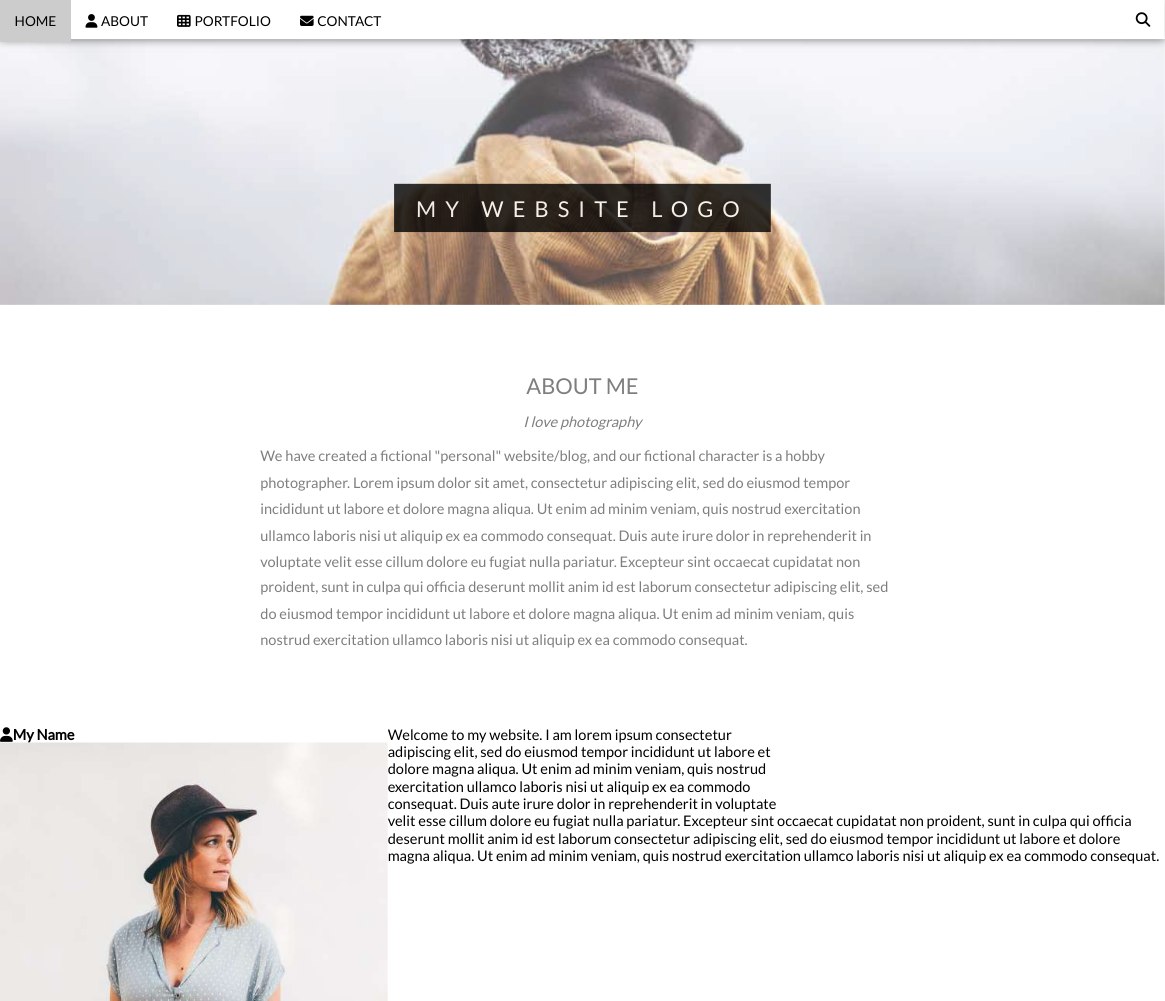
Repository: xd25vn/project-error
Page: index.html
The author's editor kept a copy of each file at every save. The page is drawn from the files as they stood at one save, then again after the next save.
The browser window is 1280 px wide. The pictures show the whole page, at 91% of full size.

Above is the page before, as saved 2023-09-02 16:22:33.

### index.html
<html lang="en">
<head>
    <meta charset="UTF-8">
    <meta name="viewport" content="width=device-width, initial-scale=1.0">
    <title>TEMPLATE PARALLAX</title>
    <link rel="stylesheet" href="./assets/base.css">
    <link rel="stylesheet" href="./assets/main.css">
    <link rel="stylesheet" href="https://fonts.googleapis.com/css?family=Lato">
    <link rel="stylesheet" href="./assets/font/fontawesome-free-6.4.0-web/fontawesome-free-6.4.0-web/css/all.min.css">
</head>
<body>
    <!--! HEADER -->
    <header>
        <!--? NAV -->
        <ul id="nav">
            <li><a href="#">Home</a></li>
            <li><a href="#"><i class="fa-solid fa-user"></i>About</a></li>
            <li><a href="#"><i class="fa fa-th"></i>Portfolio</a></li>
            <li><a href="#"><i class="fa-solid fa-envelope"></i>contact</a></li>
        </ul>
        <div class="nav-icon-search">
            <i class="fa-solid fa-magnifying-glass"></i>
        </div>
        <!--? NAV -->
    </header>
    <!--! HEADER -->
    <!--& SIDEBAR -->
    <div id="sidebar">
        <div class="sidebar-img-one"></div>
        <div class="sidebar-text-one">
            <span>MY WEBSITE LOGO</span>
        </div>
    </div>
    <!-- & SIDEBAR -->
    <div id="content">
        <div id="about">
            <h3 class="heading-section">ABOUT ME</h3>
            <p class="sub-heading-section">I love photography</p>
            <p class="about-section">We have created a fictional "personal" website/blog, and our fictional character is a hobby photographer. Lorem ipsum dolor sit amet, consectetur adipiscing elit, sed do eiusmod tempor incididunt ut labore et dolore magna aliqua. Ut enim ad minim veniam, quis nostrud exercitation ullamco laboris nisi ut aliquip ex ea commodo consequat. Duis aute irure dolor in reprehenderit in voluptate velit esse cillum dolore eu fugiat nulla pariatur. Excepteur sint occaecat cupidatat non proident, sunt in culpa qui officia deserunt mollit anim id est laborum consectetur adipiscing elit, sed do eiusmod tempor incididunt ut labore et dolore magna aliqua. Ut enim ad minim veniam, quis nostrud exercitation ullamco laboris nisi ut aliquip ex ea commodo consequat.</p>
        </div>

        <div id="per-dec-one">
            <div class="per-img-one">
                <b><i class="fa fa-user w3-margin-right"></i>My Name</b>
                <div class="per-img">
                    <img src="./assets/image/per-dec-img/avatar_hat.jpg" alt="AVATER HAT">
                </div>
            </div>

            <div class="pre-text-one">
                <p>Welcome to my website. I am lorem ipsum consectetur<br> adipiscing elit, sed do eiusmod tempor incididunt ut labore et<br> dolore magna aliqua. Ut enim ad minim veniam, quis nostrud<br> exercitation ullamco laboris nisi ut aliquip ex ea commodo<br> consequat. Duis aute irure dolor in reprehenderit in voluptate<br> velit esse cillum dolore eu fugiat nulla pariatur. Excepteur sint occaecat cupidatat non proident, sunt in culpa qui officia deserunt mollit anim id est laborum consectetur adipiscing elit, sed do eiusmod tempor incididunt ut labore et dolore magna aliqua. Ut enim ad minim veniam, quis nostrud exercitation ullamco laboris nisi ut aliquip ex ea commodo consequat.</p>
            </div>
        </div>

        <div class="portfolio">

        </div>

        <div class="my-work">

        </div>

        <div class="contact">

        </div>

        <div class="map-work">

        </div>
    </div>

    <footer id="footer">

    </footer>
</body>
</html>

### assets/base.css
* {
    margin: 0;
    padding: 0;
    box-sizing: border-box;
}
body {
    background-color: #fff;
    font-family: "Lato", sans-serif;
}

### assets/main.css
header {
    height: 43px;
    width: 100%;
    background-color: #fff;
    box-shadow: 0 0 10px rgba(0, 0, 0, 0.6);
    position: fixed;
    z-index: 1;
}

header #nav {
    display: flex;
    list-style: none;
    align-items: center;
    position: relative;
}

header #nav li {
    padding: 14px 16px;
    display: block;
}

header #nav li i {
    padding-right: 4px;
}

header
#nav
li a {
    text-decoration: none;
    color: #000;
    font-size: 15px;
    text-transform: uppercase;
}

header
#nav
li:hover {
    background: #ccc;
    cursor: pointer;
}

header
.nav-icon-search
i {
    position: absolute;
    top: 0;
    right: 0;
    padding: 14px 16px;
    text-align: center;
}

header .nav-icon-search:hover i {
    background-color: #f44336 !important;
    color: #fff;
    display: block;
    cursor: pointer;
}

#sidebar .sidebar-img-one {
    background: url(../assets/image/sidebar1.jpg) center / cover no-repeat;
    padding-top: calc(27% - 10.18px);
    opacity: 0.7;
    position: relative;
}

#sidebar .sidebar-text-one {
    background-color: #000 !important;
    position: absolute;
    padding: 12px 24px;
    left: 50%;
    transform: translateX(-50%);
    top: 28%;
    opacity: 0.8;
}

#sidebar .sidebar-text-one span {
    color: #fff;
    font-size: 24px;
    letter-spacing: 10;
}

#content #about {
    margin: 0px 270px;
    padding: 64px 16px;
    opacity: 0.5;
}

#content #about .heading-section {
    margin: 10px 0px;
    font-size: 24px;
    font-weight: 400;
    text-align: center;
}

#content #about .sub-heading-section {
    margin: 15px 0px;
    font-style: italic;
    text-align: center;
}

#content #about .about-section {
    margin: 15px 0px;
    line-height: 1.8;
}

#content #per-dec-one {
    display: flex;
}

#content #per-dec-one .per-img {
    width: 100%;
}

#content #per-dec-one .per-img img {
    height:  284px;
    width: 426px;
}

Loaded but not shown: assets/font/fontawesome-free-6.4.0-web/fontawesome-free-6.4.0-web/css/all.min.css (library)

After the next save:
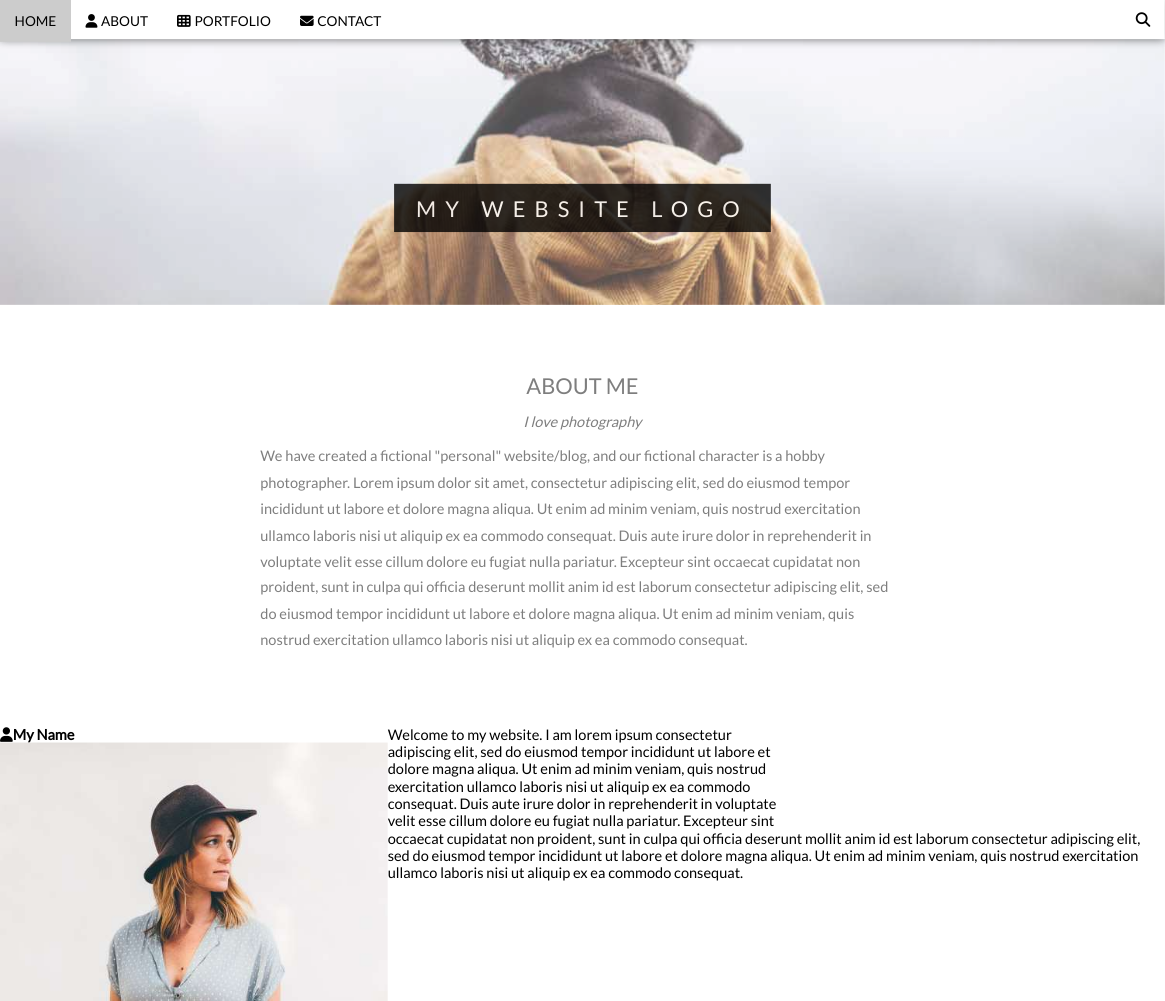
Saved 12 s later.
--- a/index.html
+++ b/index.html
@@ -48,7 +48,7 @@
             </div>
 
             <div class="pre-text-one">
-                <p>Welcome to my website. I am lorem ipsum consectetur<br> adipiscing elit, sed do eiusmod tempor incididunt ut labore et<br> dolore magna aliqua. Ut enim ad minim veniam, quis nostrud<br> exercitation ullamco laboris nisi ut aliquip ex ea commodo<br> consequat. Duis aute irure dolor in reprehenderit in voluptate<br> velit esse cillum dolore eu fugiat nulla pariatur. Excepteur sint occaecat cupidatat non proident, sunt in culpa qui officia deserunt mollit anim id est laborum consectetur adipiscing elit, sed do eiusmod tempor incididunt ut labore et dolore magna aliqua. Ut enim ad minim veniam, quis nostrud exercitation ullamco laboris nisi ut aliquip ex ea commodo consequat.</p>
+                <p>Welcome to my website. I am lorem ipsum consectetur<br> adipiscing elit, sed do eiusmod tempor incididunt ut labore et<br> dolore magna aliqua. Ut enim ad minim veniam, quis nostrud<br> exercitation ullamco laboris nisi ut aliquip ex ea commodo<br> consequat. Duis aute irure dolor in reprehenderit in voluptate<br> velit esse cillum dolore eu fugiat nulla pariatur. Excepteur sint<br> occaecat cupidatat non proident, sunt in culpa qui officia deserunt mollit anim id est laborum consectetur adipiscing elit, sed do eiusmod tempor incididunt ut labore et dolore magna aliqua. Ut enim ad minim veniam, quis nostrud exercitation ullamco laboris nisi ut aliquip ex ea commodo consequat.</p>
             </div>
         </div>
 
